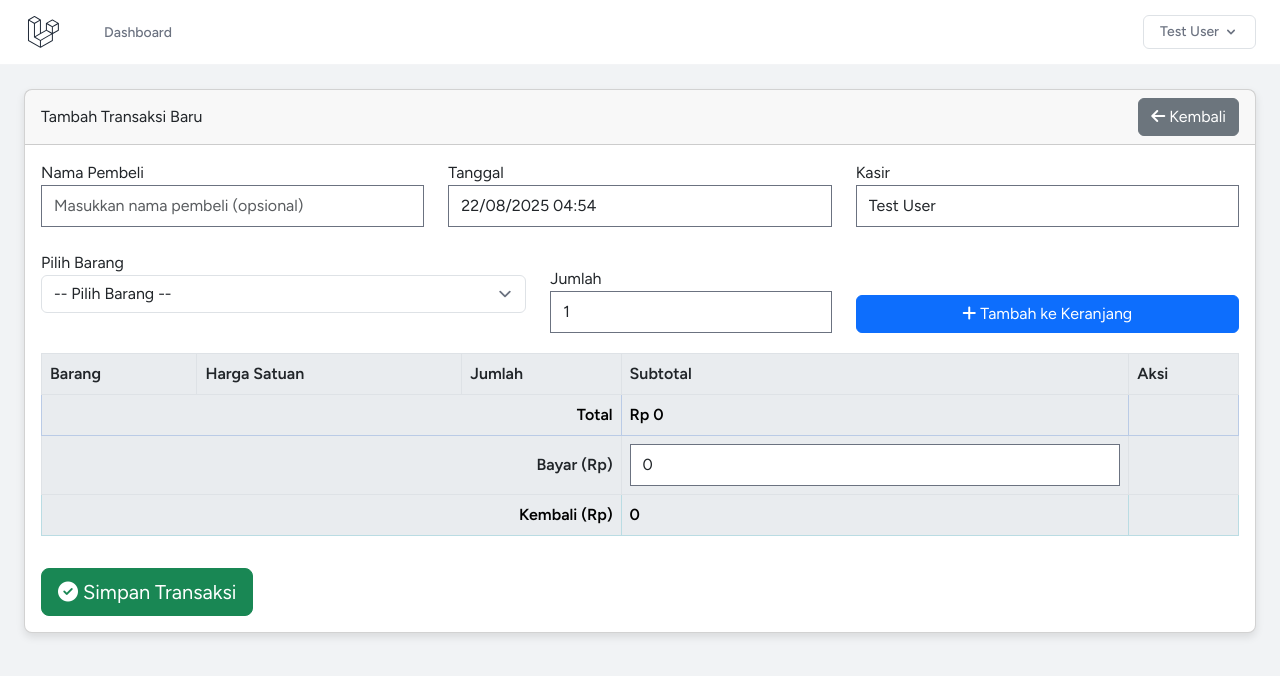
Repository: mufti-1448/kasir-app
Page: http://localhost/transaksis/create
The author's editor kept a copy of each file at every save. The page is drawn from the files as they stood at one save, then again after a run of saves.
The browser window is 1280 px wide. The pictures show the whole page.
The page is served by the project's Laravel application, run on PHP 8.4 with Laravel 12. A made-up administrator, Test User (test@example.com), is signed in. Style sheets and scripts are compiled from the project's sources, by tool versions that may differ from the author's. Queries for data that is not in the repository find no rows.

Above is the page before, as saved 2025-09-02 23:30:41.

After the next 2 saves:
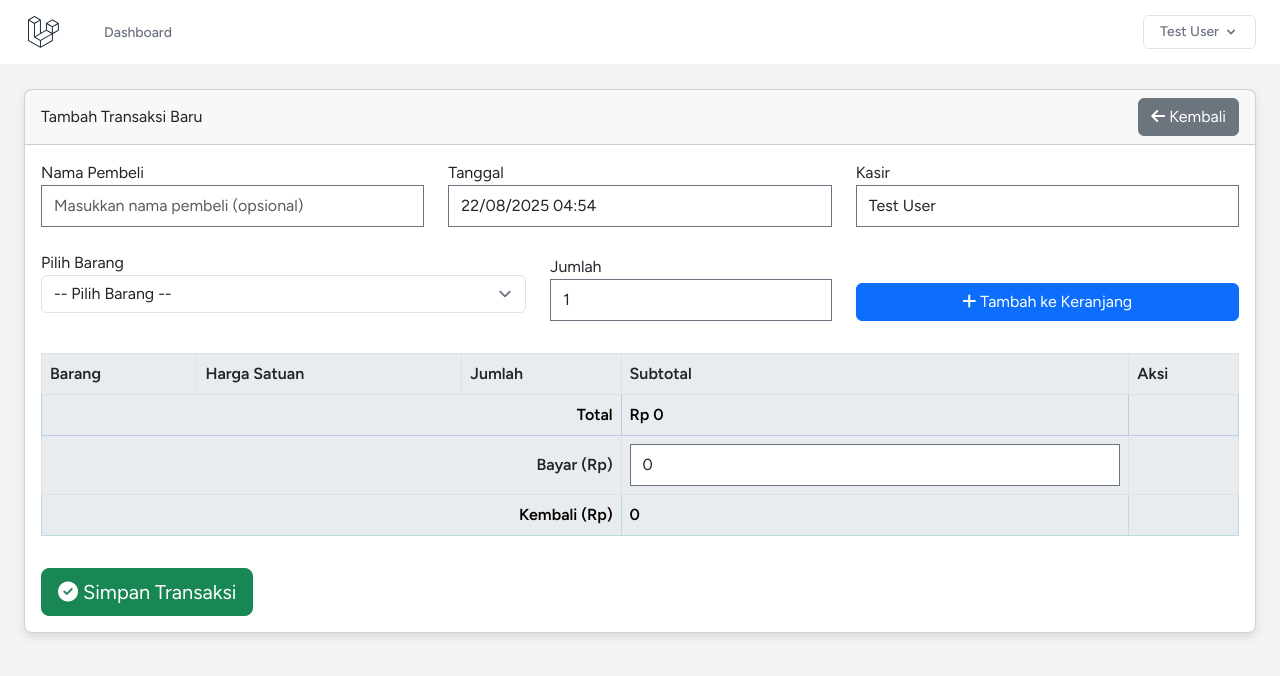
The 2 saves are shown as one change because they came seconds apart.
The last was saved 14 s later.
--- a/resources/views/transaksis/create.blade.php
+++ b/resources/views/transaksis/create.blade.php
@@ -60,12 +60,12 @@
                                     <small id="stok-info" style="min-height: 20px;" class="text-muted"></small>
                                 </div>
 
-                                <div class="col-md-3 pb-1">
+                                <div class="col-md-3 pb-3">
                                     <label for="jumlah">Jumlah</label>
                                     <input type="number" id="jumlah" class="form-control" min="1" value="1">
                                 </div>
 
-                                <div class="col-md-4 d-flex pb-1">
+                                <div class="col-md-4 d-flex pb-3">
                                     <button type="button" id="btn-tambah" class="btn btn-primary w-100">
                                         <i class="fas fa-plus"></i> Tambah ke Keranjang
                                     </button>
